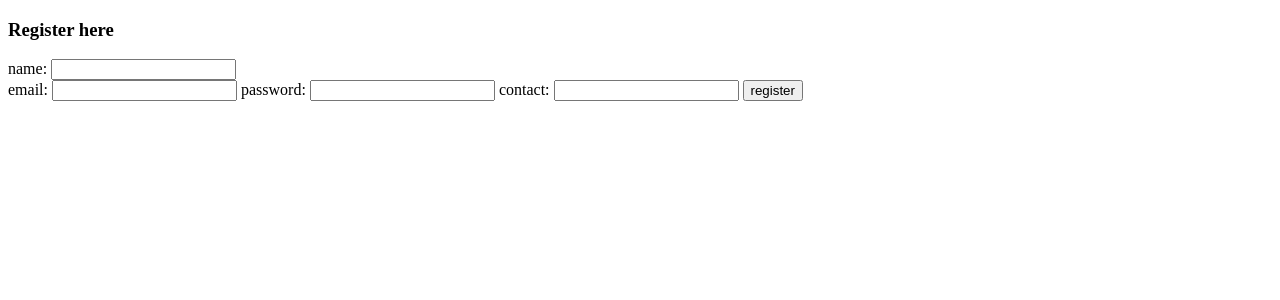
Repository: deepak-bisen/Spring
Page: MVCDesign/src/main/webapp/register.html
An editor plug-in stored every save of this project. The page is shown before and after the next save, followed by the edit.
The browser window is 1280 px wide. The pictures show the whole page.

Above is the page before, as saved 2025-06-30 19:19:32.

After the next save:
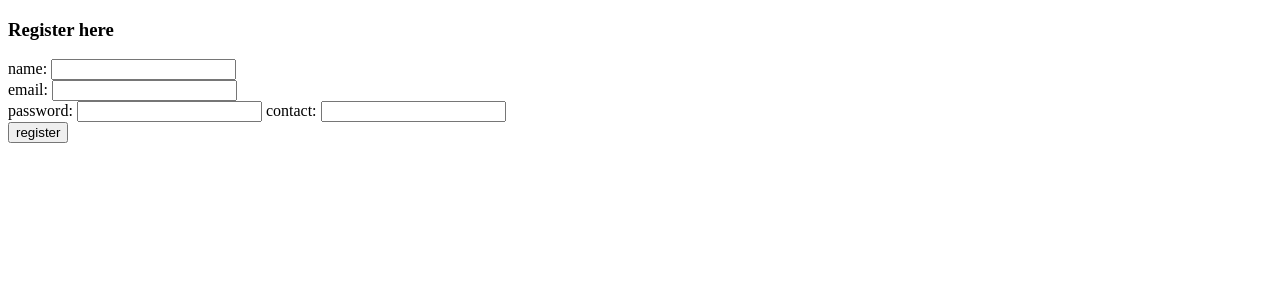
Saved 30 s later.
--- a/MVCDesign/src/main/webapp/register.html
+++ b/MVCDesign/src/main/webapp/register.html
@@ -7,10 +7,11 @@
 <body>
 <h3>Register here</h3>
 <form action="regForm" method ="post">
-name: <input type="text" name ="name1"/></form>
-email: <input type="text" name ="email1"/></form>
-password: <input type="text" name ="password1"/></form>
-contact: <input type="text" name ="contact1"/></form>
+name: <input type="text" name ="name1"/><br>
+email: <input type="text" name ="email1"/> <br>
+password: <input type="text" name ="password1"/>
+contact: <input type="text" name ="contact1"/>
+</form>
 
 <input type="submit" value="register"/>
 </body>
